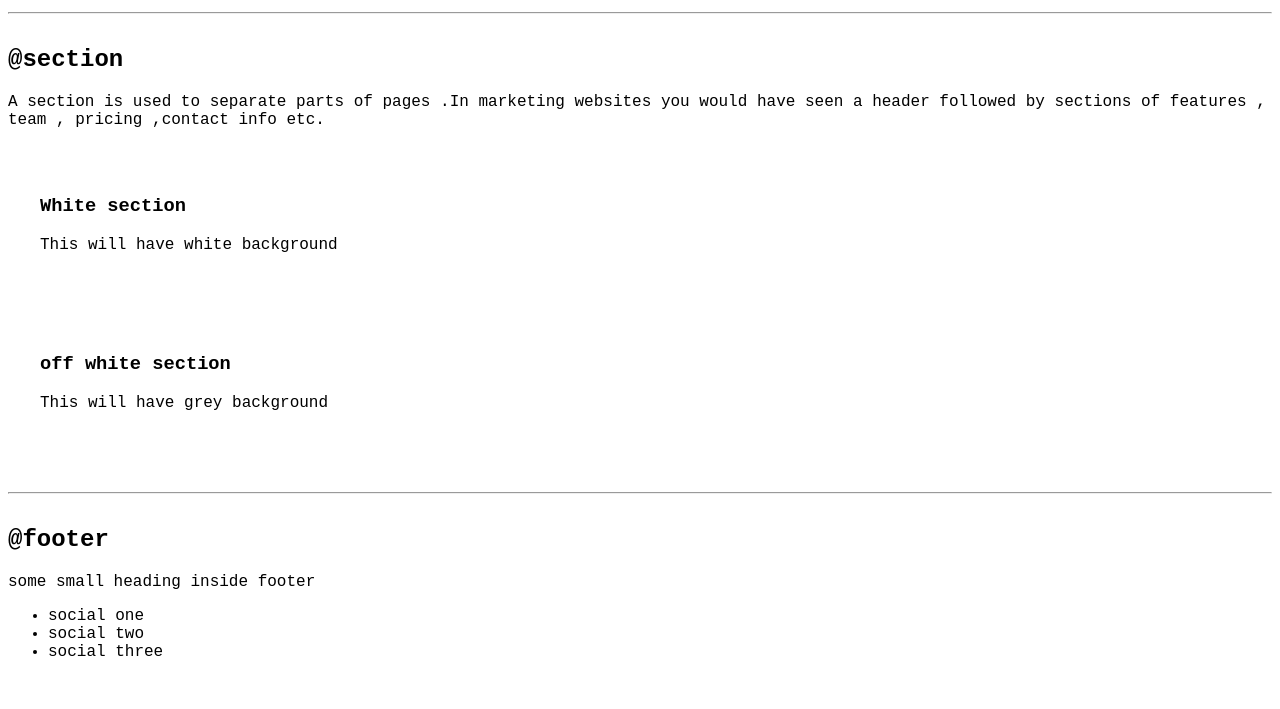
Repository: nihalani20/KomalNihalani-Portfolio
Page: index.html
The author's editor kept a copy of each file at every save. The page is drawn from the files as they stood at one save, then again after a run of saves.
The browser window is 1280 px wide. The pictures show the part of the page from y = 2069 to 2778 px (the page is 2778 px tall before and 2714 px after).
A picture or video elsewhere on the page could not be fetched, so the positions and the page height are approximate.

Above is the page before, as saved 2023-10-29 15:08:41.

After the next 4 saves:
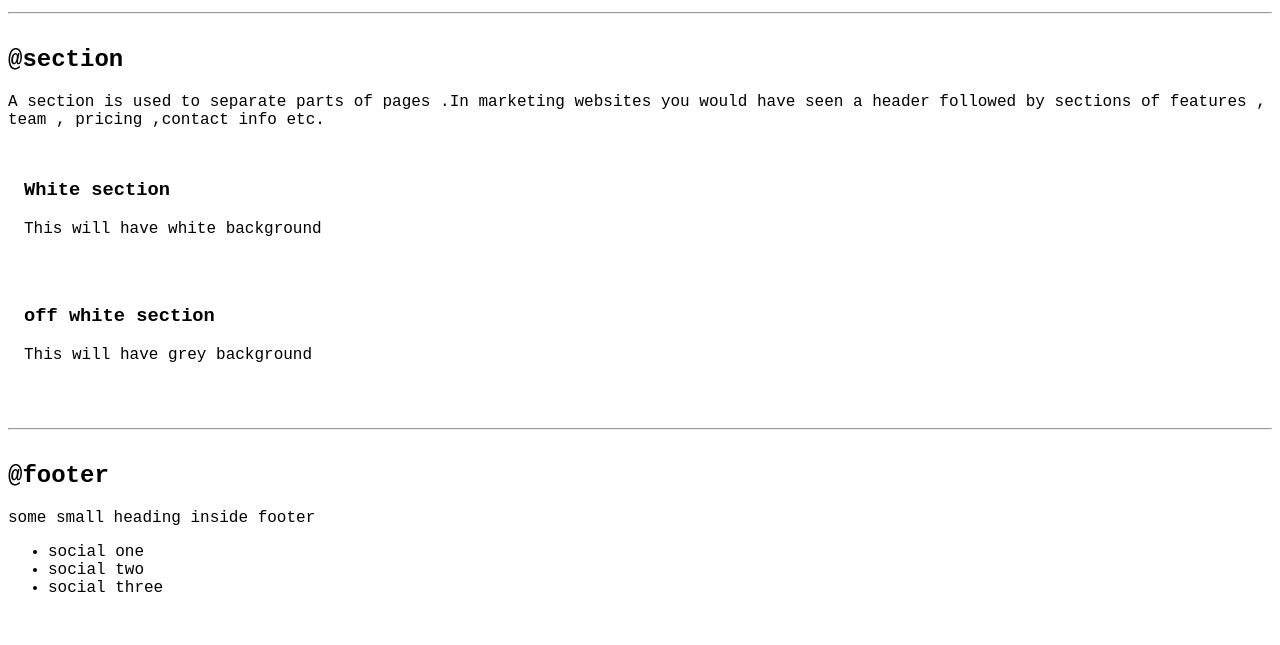
The 4 saves are shown as one change because they came seconds apart.
The last was saved 27 s later.
--- a/style.css
+++ b/style.css
@@ -116,11 +116,12 @@ hr{
 
 
 .section{
-    padding: 2rem;
+    padding: 1rem;
 
 }
 
 .section offwhite{
     background-color:var(--gray)
+    text-align: center;
 
 }
